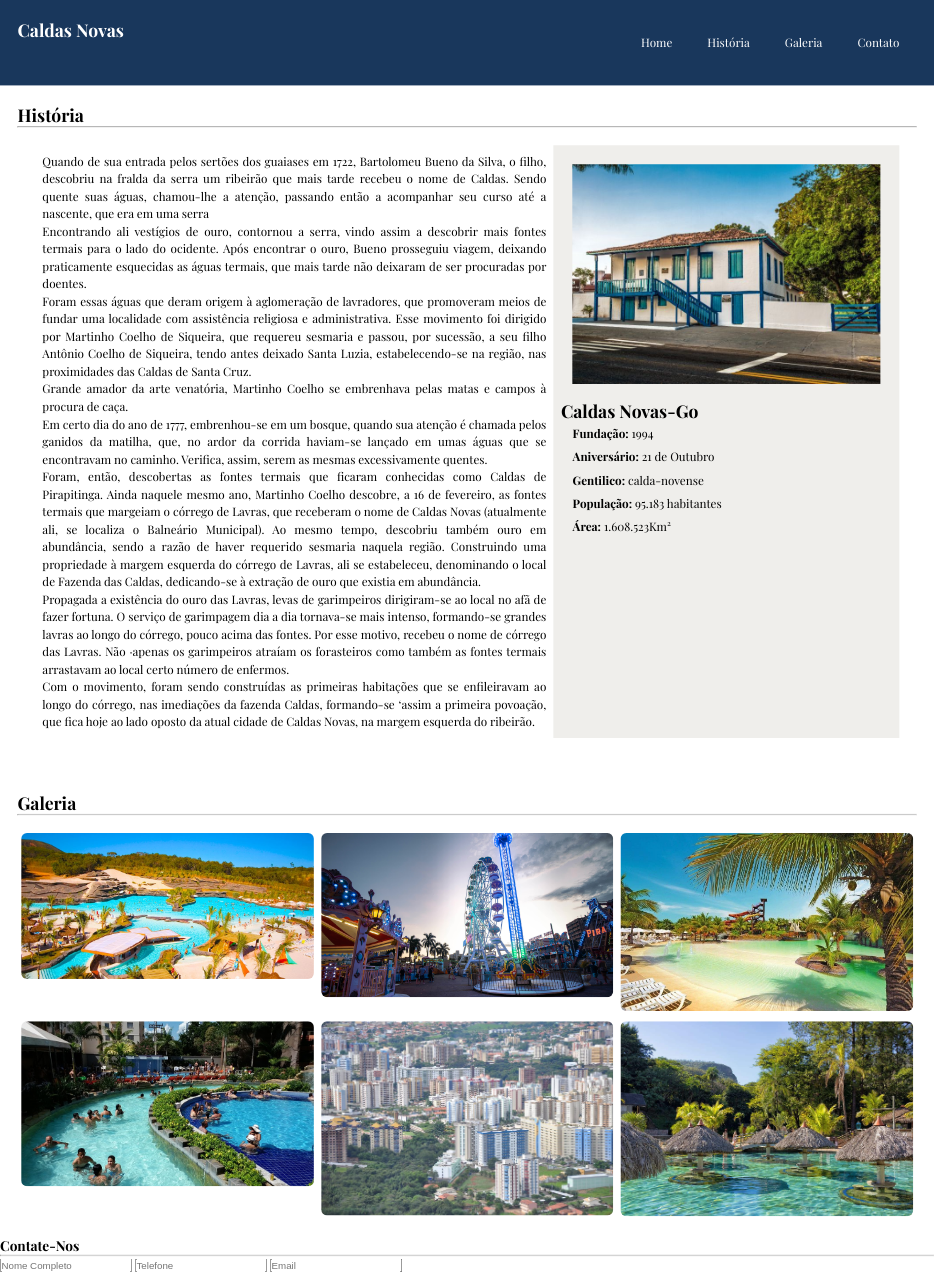
Repository: AbiezerSidonioJoseOdanacaJunior/DesafioLocalTuristico
Page: index.html
An editor plug-in stored every save of this project. The page is shown before and after the next save, followed by the edit.
The browser window is 1280 px wide. The pictures show the whole page, at 73% of full size.
Some web fonts or font styles are not loaded; a fallback is used.

Above is the page before, as saved 2024-11-11 17:48:43.

After the next save:
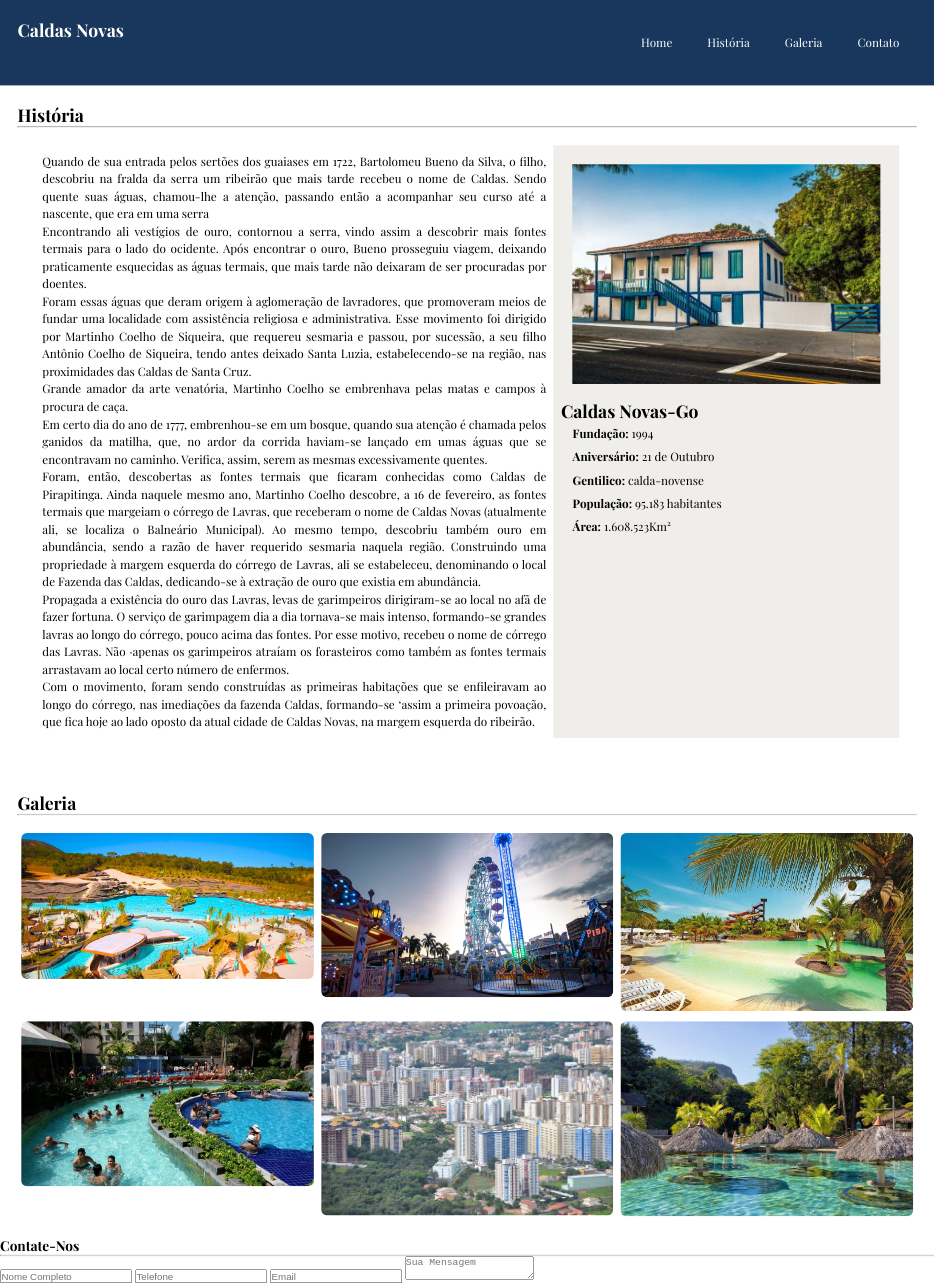
Saved 32 s later.
--- a/index.html
+++ b/index.html
@@ -80,6 +80,7 @@
                             <input type="text" placeholder="Nome Completo" >
                             <input type="text" placeholder="Telefone">
                             <input type="email" placeholder="Email">
+                            <textarea name="textarea" id="" placeholder="Sua Mensagem"></textarea>
                         </form>
                     </div>
                     <div id="info">
